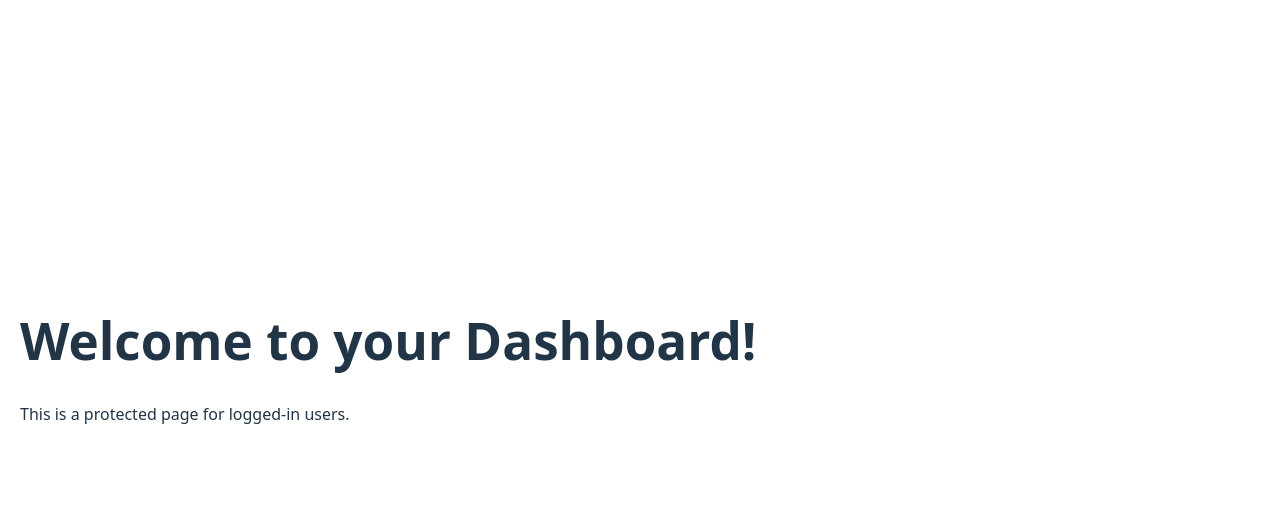
Repository: EphrahimLaanyu123/Karis
Page: /dashboard
The author's editor kept a copy of each file at every save. The page is drawn from the files as they stood at one save, then again after the next save.
The browser window is 1280 px wide. The pictures show the whole page.
The page's requests for data from a server got no answer. The project was rebuilt for these pictures with package versions that can differ from the ones it lists, and the page was loaded fresh each time. No one was signed in, and anything a server would have sent is missing. Also part of the build but not shown: vite.config.js, src/components/Auth.jsx, src/components/admin/Dashboard.jsx, src/components/admin/ProtectedAdminRoute.jsx.

Above is the page before, as saved 2025-05-16 20:01:05.

After the next save:
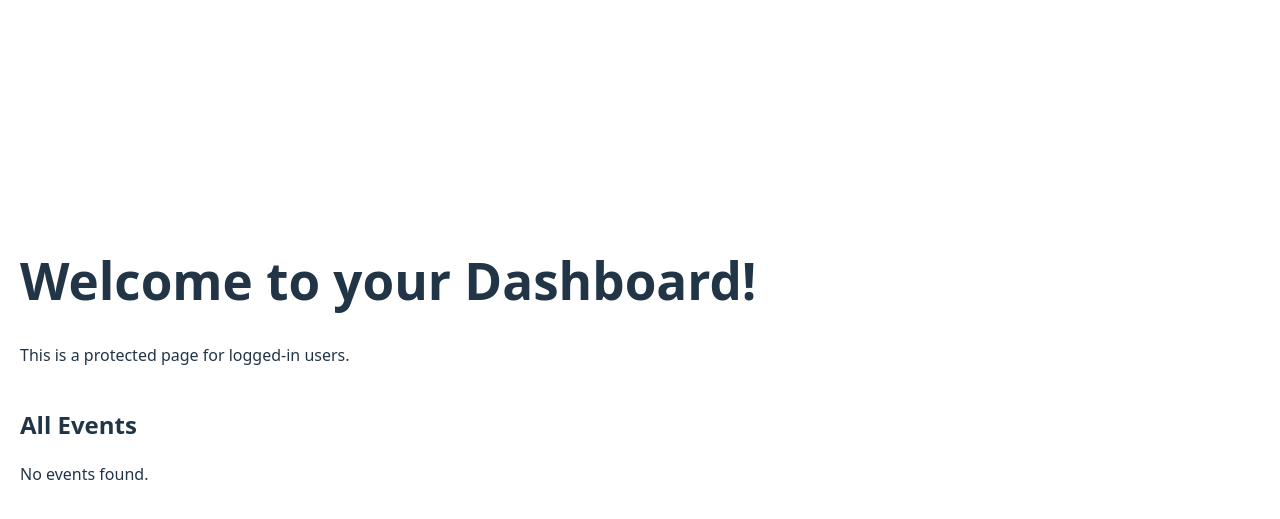
Saved 13 s later.
--- a/src/components/Dashboard.jsx
+++ b/src/components/Dashboard.jsx
@@ -1,11 +1,48 @@
 // src/Dashboard.jsx
-import React from 'react';
+import React, { useEffect, useState } from 'react';
 
 const Dashboard = () => {
+  const [events, setEvents] = useState([]);
+  const [loading, setLoading] = useState(true);
+
+  useEffect(() => {
+    const fetchEvents = async () => {
+      try {
+        const res = await fetch('http://localhost:3000/api/events');
+        const data = await res.json();
+        setEvents(data);
+      } catch (err) {
+        console.error('Error fetching events:', err);
+      } finally {
+        setLoading(false);
+      }
+    };
+
+    fetchEvents();
+  }, []);
+
   return (
     <div style={{ padding: 20 }}>
       <h1>Welcome to your Dashboard!</h1>
       <p>This is a protected page for logged-in users.</p>
+
+      <h2 style={{ marginTop: 40 }}>All Events</h2>
+
+      {loading ? (
+        <p>Loading events...</p>
+      ) : events.length === 0 ? (
+        <p>No events found.</p>
+      ) : (
+        <ul>
+          {events.map(event => (
+            <li key={event._id} style={{ marginBottom: 15 }}>
+              <strong>{event.title}</strong> — {new Date(event.date).toLocaleDateString()}
+              <br />
+              <em>{event.description}</em>
+            </li>
+          ))}
+        </ul>
+      )}
     </div>
   );
 };
